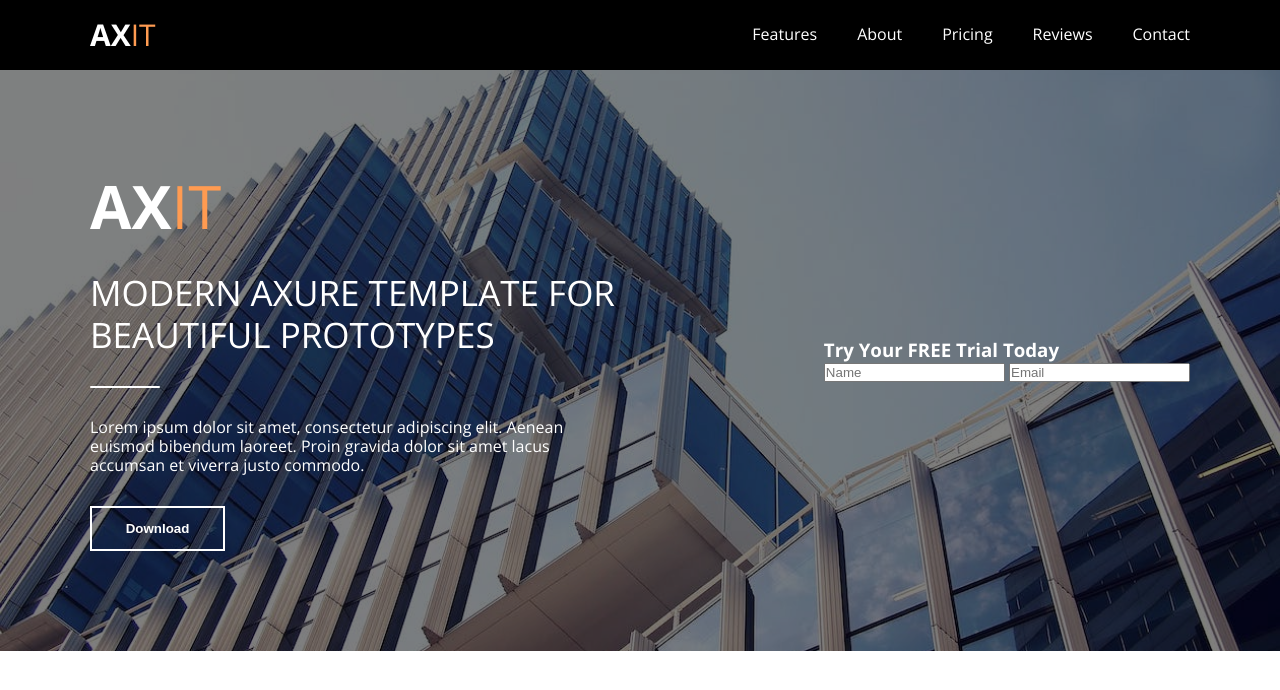
Repository: dinhtri123/axureThems
Page: index.html
These files come from the project's save history. The page is drawn as it stood at one moment and after a run of saves; the edit follows.
The browser window is 1280 px wide. The pictures show the whole page.

Above is the page before, as saved 2023-02-11 15:14:59.

After the next 2 saves:
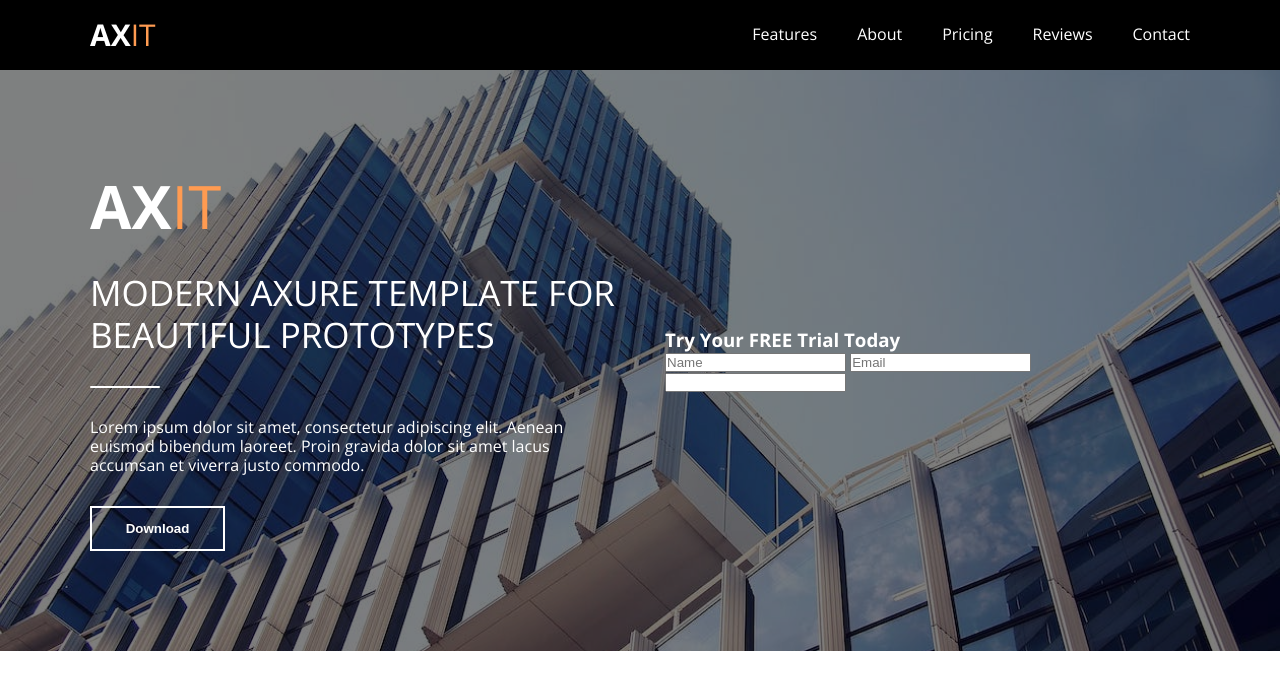
The 2 saves are shown as one change because they came seconds apart.
The last was saved 6 s later.
--- a/index.html
+++ b/index.html
@@ -58,6 +58,7 @@
                 <div>
                     <input type="text" name="name" id="name" placeholder="Name">
                     <input type="email" name="email" id="email" placeholder="Email">
+                    <input type="password" name="password" id="">
                 </div>
             </form>
         </div>
